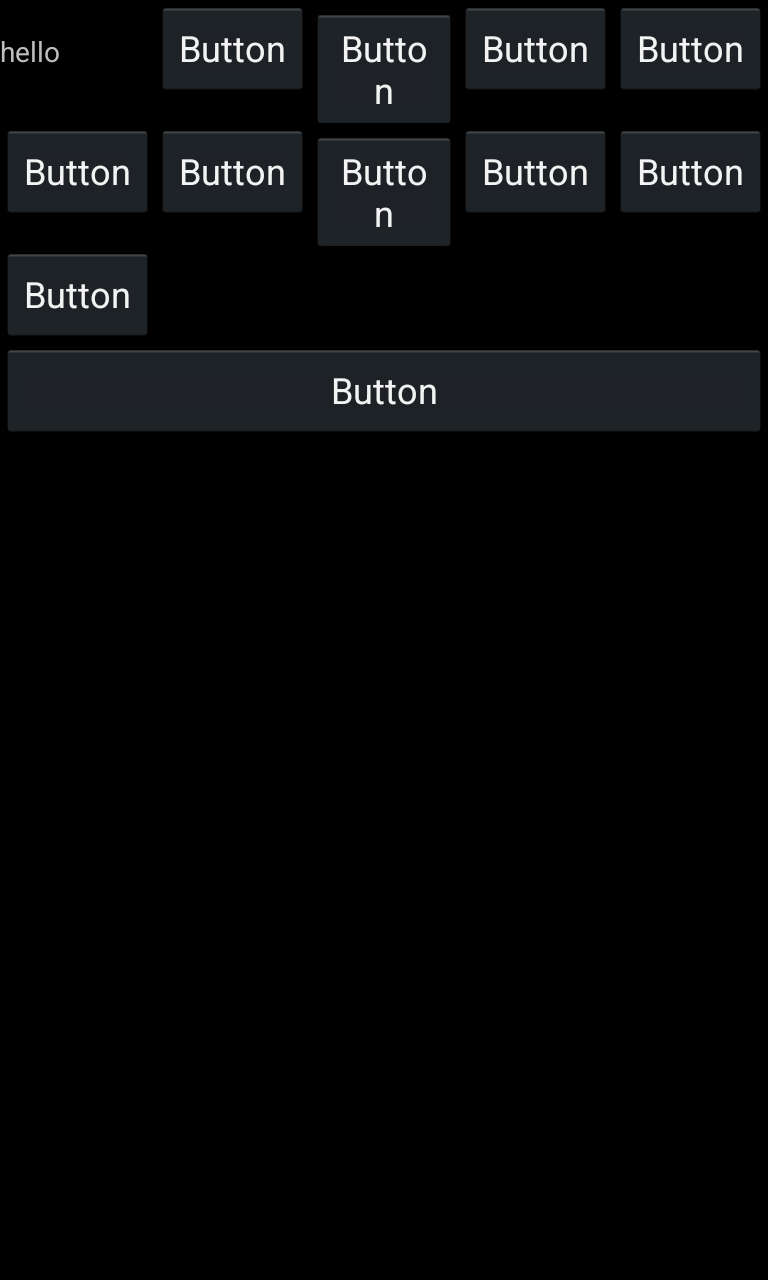
Repository: GuangmingChan/DevelopAndroidApp
Layout: demoTableLayout3/res/layout/main.xml
The author's editor kept a copy of each file at every save. The layout is drawn from the files as they stood at one save, then again after a run of saves.
It is drawn on a 768 x 1280 px phone screen (xhdpi) without system bars, with theme android:Theme.Holo; the app's code is not run.

Above is the layout before, as saved 2017-03-28 03:04:59.

After the next 2 saves:
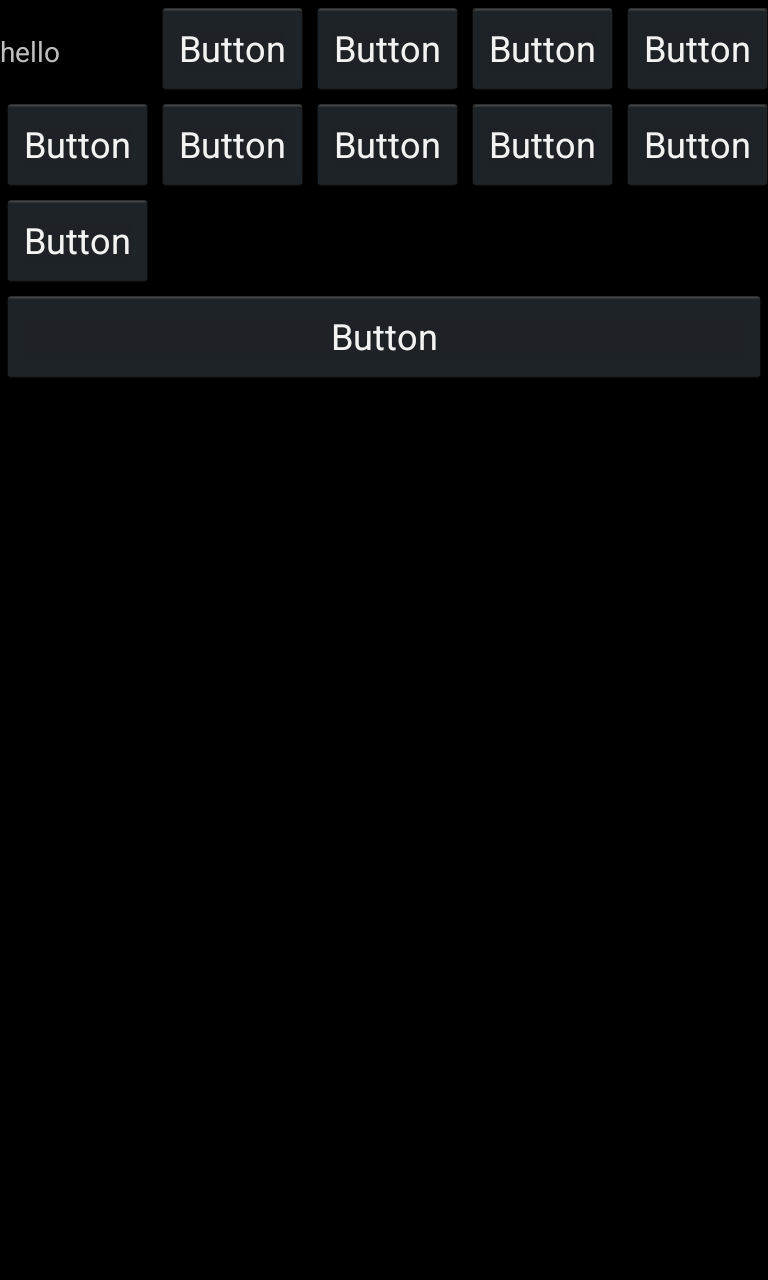
The 2 saves are shown as one change because they came seconds apart.
The last was saved 12 s later.
--- a/demoTableLayout3/res/layout/main.xml
+++ b/demoTableLayout3/res/layout/main.xml
@@ -2,7 +2,7 @@
 <TableLayout xmlns:android="http://schemas.android.com/apk/res/android"
     android:layout_width="fill_parent"
     android:layout_height="fill_parent"
-    android:shrinkColumns="2"
+    android:stretchColumns="2"
     android:orientation="vertical" >
 
     <TableRow >
